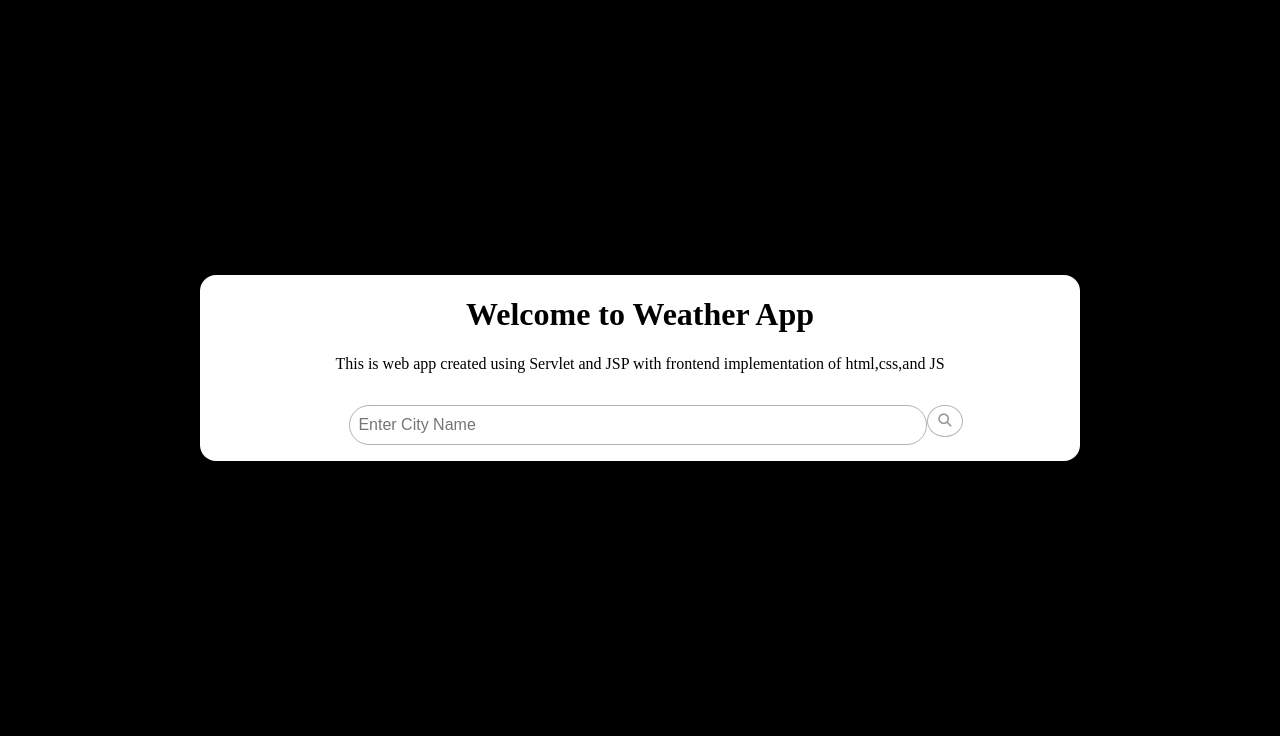
Repository: krv9/projects
Page: http://localhost/WeatherApp/
These files come from the project's save history. The page is drawn as it stood at one moment and after the next save; the edit follows.
The browser window is 1280 px wide. The pictures show the whole page.
The page is served by Tomcat 10. Other server files are loaded and not shown.

Above is the page before, as saved 2024-09-24 13:27:09.

### WeatherApp/src/main/webapp/index.html
<!DOCTYPE html>
<html>
<head>
 <meta charset="UTF-8">
    <meta http-equiv="X-UA-Compatible" content="IE=edge">
    <meta name="viewport" content="width=device-width, initial-scale=1.0">
    <title>Weather App</title>
    <link rel="stylesheet" href="https://cdnjs.cloudflare.com/ajax/libs/font-awesome/6.4.0/css/all.min.css" />
    <link rel="stylesheet" href="Style.css" />

</head>
<body>
<div class="container">
   		<h1 id="font">Welcome to Weather App</h1>
   		<p id="font">This is web app created using Servlet and JSP with frontend implementation of html,css,and JS</p>
        <form action="myservlet" method="post" class="searchInput">
            <input type="text" placeholder="Enter City Name" id="searchInput" name="city"/>
            <button id="searchButton"><i class="fa-solid fa-magnifying-glass"></i></button>
      </form>
 </div>

</body>
</html>

### WeatherApp/src/main/webapp/Style.css
@charset "UTF-8";
body{
	display: flex;
  height: 100vh;
  align-items: center;
  justify-content: center;
	background:black;
}
.container{
	 width: 55rem;
  height: auto;
  border-color:green;
  border-radius: 1rem;
  background: #fff;
  box-shadow: 0 14px 28px rgba(0,0,0,0.25),
			0 10px 10px rgba(0,0,0,0.22);
}
#font{
	color:black;
	align-items: center;
  justify-content: center;
  text-align:center;
}

.searchInput {
  width: 100%;
  display: flex;
  padding: 1rem 1rem;
  justify-content: center;
}

.searchInput input {
  width: 35rem;
  height: 2rem;
  outline: none;
  font-size: 1rem;
  color: #525050;
  padding: 0.2rem 0.5rem;
  border-radius: 1.5rem;
  border: 1px solid #b3b3b3;
}

.searchInput input:focus {
  border: 1px solid #9c9dde;
}

.searchInput button {
  width: 2.2rem;
  height: 2rem;
  cursor: pointer;
  color: #9b9b9b;
  border-radius: 50%;

  transition: all 0.3s ease;
  background-color: #fff;
  border: 1px solid #b3b3b3;
}

.searchInput button:hover {
  color: #fff;
  background-color: #9c9dde;
  border: 1px solid #9c9dde;
}

After the next save:
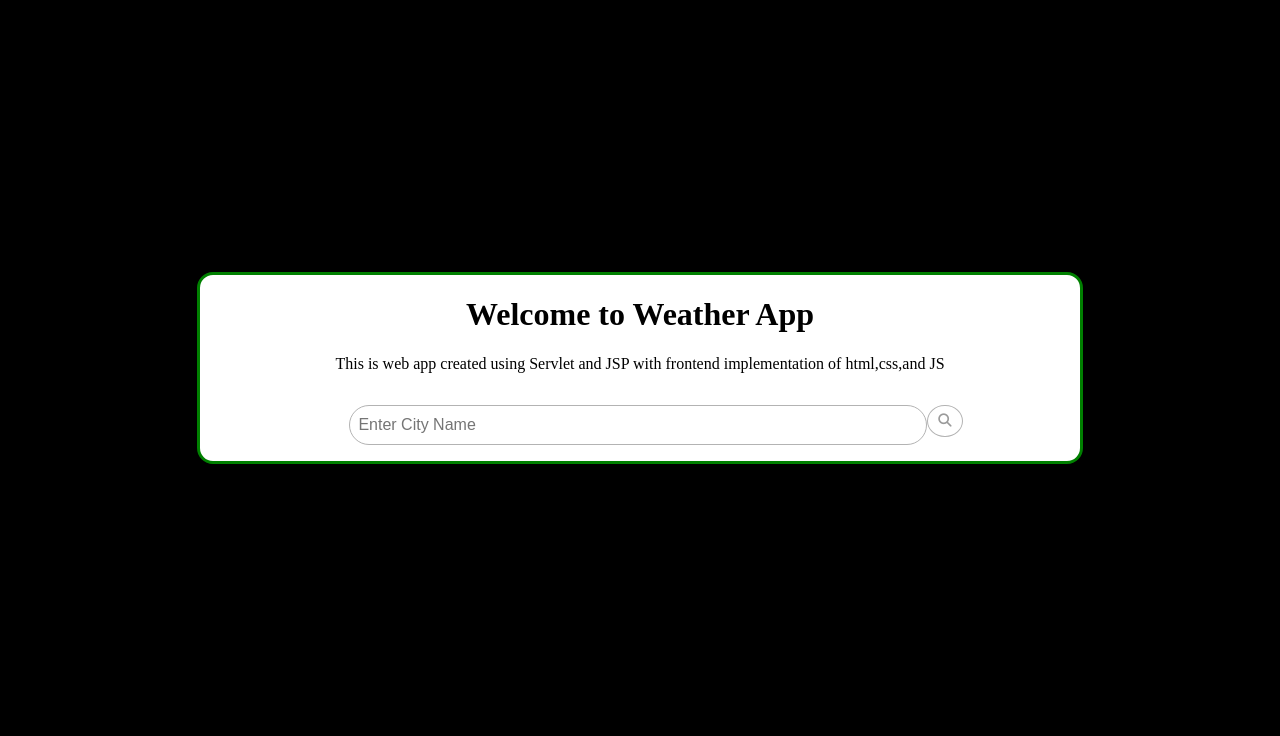
Saved 37 s later.
--- a/WeatherApp/src/main/webapp/Style.css
+++ b/WeatherApp/src/main/webapp/Style.css
@@ -10,6 +10,7 @@ body{
 	 width: 55rem;
   height: auto;
   border-color:green;
+  border-style:solid;
   border-radius: 1rem;
   background: #fff;
   box-shadow: 0 14px 28px rgba(0,0,0,0.25),
